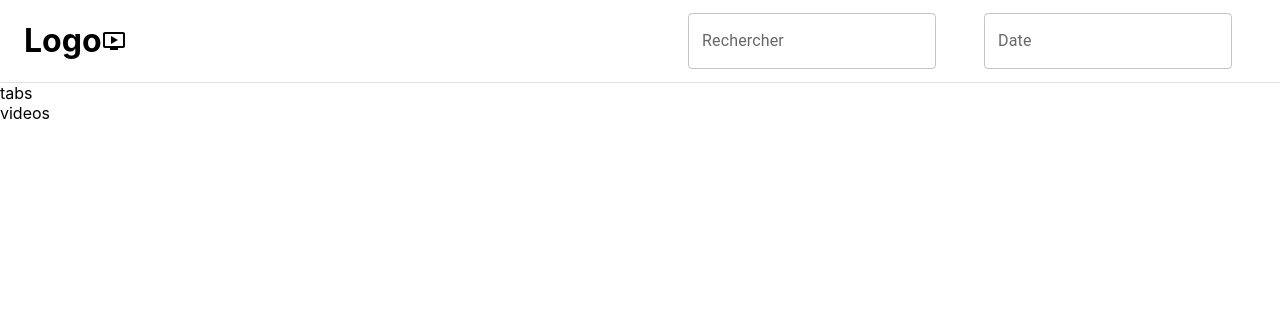
Repository: helmiz02/newproj
Page: /
The author's editor kept a copy of each file at every save. The page is drawn from the files as they stood at one save, then again after the next save.
The browser window is 1280 px wide. The pictures show the whole page.
The project was rebuilt for these pictures with package versions that can differ from the ones it lists, and the page was loaded fresh each time. Also part of the build but not shown: src/App.css.

Above is the page before, as saved 2022-02-21 10:40:11.

After the next save:
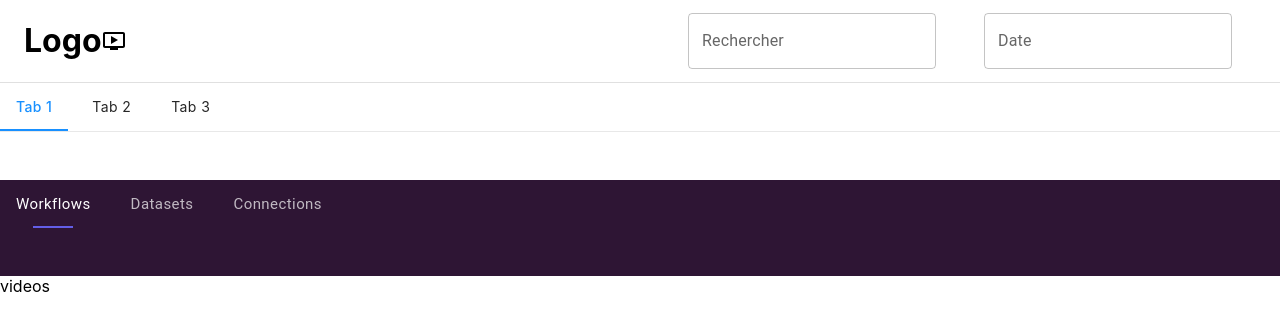
Saved 65 s later.
--- a/src/component/videos/index.js
+++ b/src/component/videos/index.js
@@ -1,7 +1,9 @@
+import TabsComponent from "./tabsComponent";
+
 export default function Videos() {
   return (
     <>
-      <div>tabs</div>
+     <TabsComponent />
       <div>videos</div>
     </>
   );
